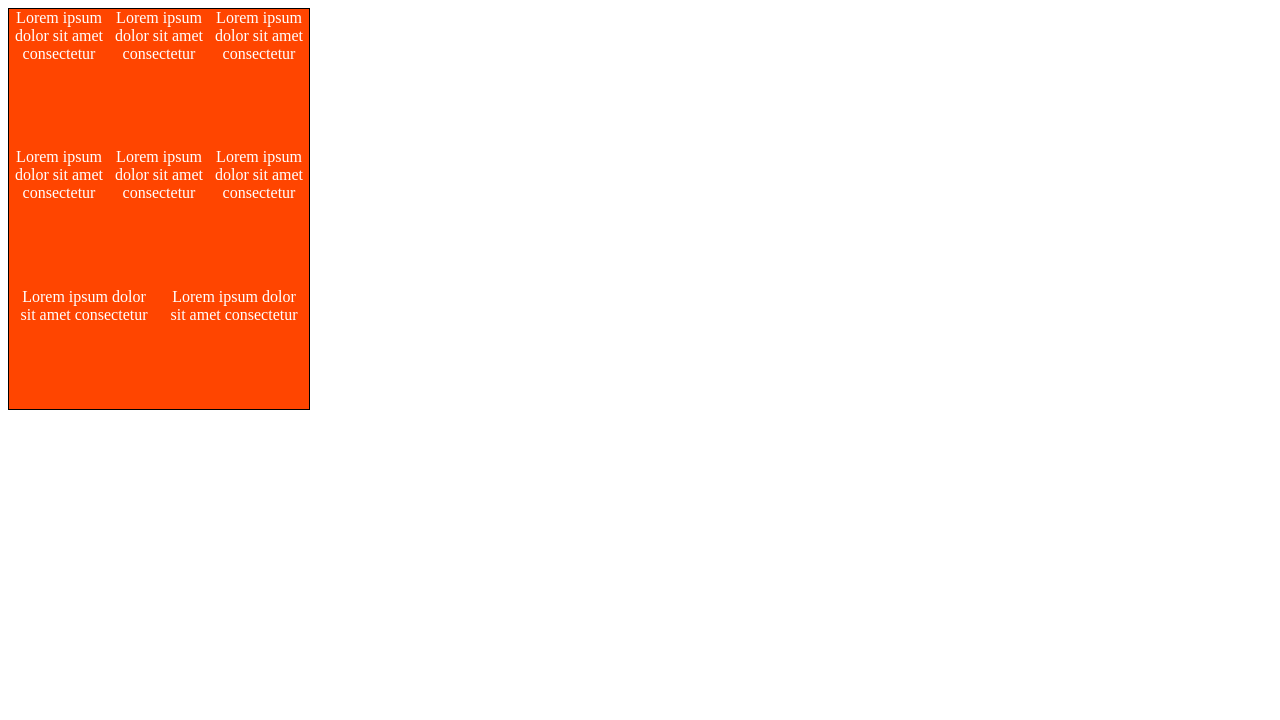
Repository: gabrielbino/projects-dio
Page: Flexbox/@align-content.html
The author's editor kept a copy of each file at every save. The page is drawn from the files as they stood at one save, then again after the next save.
The browser window is 1280 px wide. The pictures show the whole page.

Above is the page before, as saved 2021-10-22 18:34:19.

After the next save:
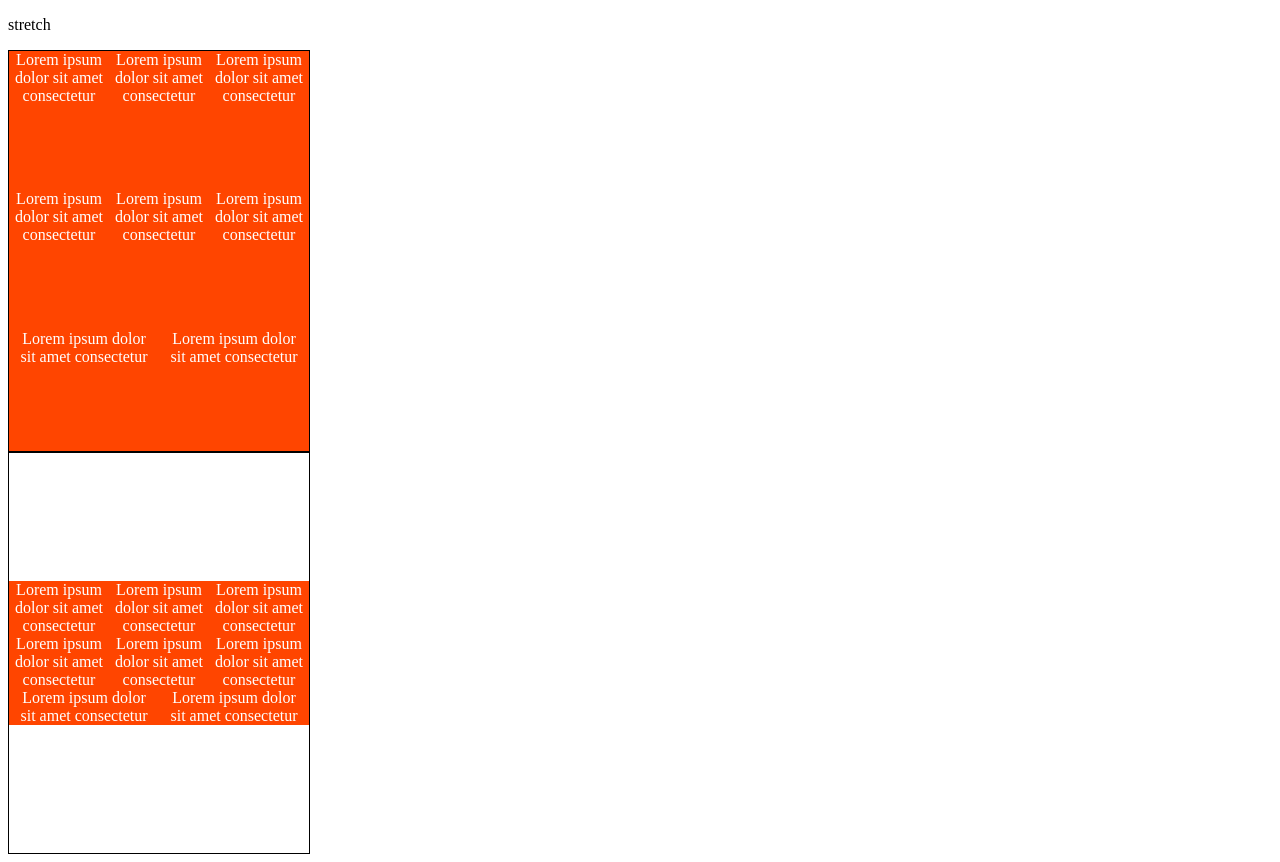
Saved 2 min 42 s later.
--- a/Flexbox/@align-content.html
+++ b/Flexbox/@align-content.html
@@ -20,10 +20,30 @@
         text-align: center;
         flex: 1;
       }
+
+      .stretch {
+        align-content: stretch;
+      }
+
+      .center {
+        align-content: center;
+      }
     </style>
   </head>
   <body>
-    <div class="container">
+    <p>stretch</p>
+    <div class="container stretch">
+      <div class="item">Lorem ipsum dolor sit amet consectetur</div>
+      <div class="item">Lorem ipsum dolor sit amet consectetur</div>
+      <div class="item">Lorem ipsum dolor sit amet consectetur</div>
+      <div class="item">Lorem ipsum dolor sit amet consectetur</div>
+      <div class="item">Lorem ipsum dolor sit amet consectetur</div>
+      <div class="item">Lorem ipsum dolor sit amet consectetur</div>
+      <div class="item">Lorem ipsum dolor sit amet consectetur</div>
+      <div class="item">Lorem ipsum dolor sit amet consectetur</div>
+    </div>
+
+    <div class="container center">
       <div class="item">Lorem ipsum dolor sit amet consectetur</div>
       <div class="item">Lorem ipsum dolor sit amet consectetur</div>
       <div class="item">Lorem ipsum dolor sit amet consectetur</div>
